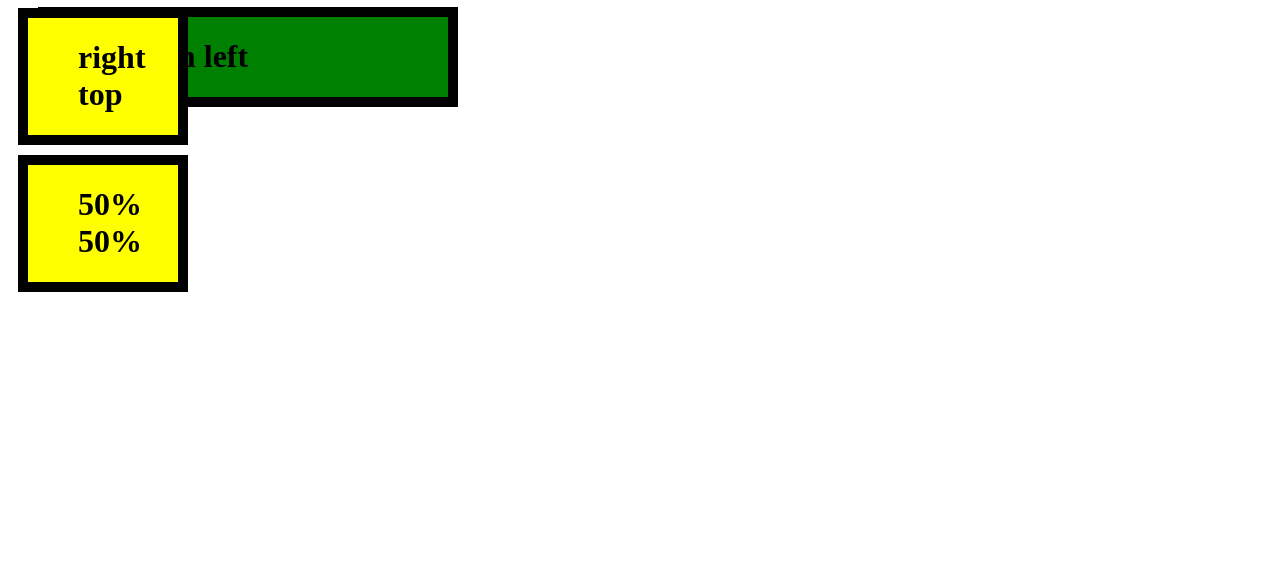
Repository: antonio63j/misNotas
Page: software/CSS/Demos/aptana_proyect/src/absoluto.html
These files come from the project's save history. The page is drawn as it stood at one moment and after the next save; the edit follows.
The browser window is 1280 px wide. The pictures show the whole page.

Above is the page before, as saved 2017-04-23 16:07:42.

After the next save:
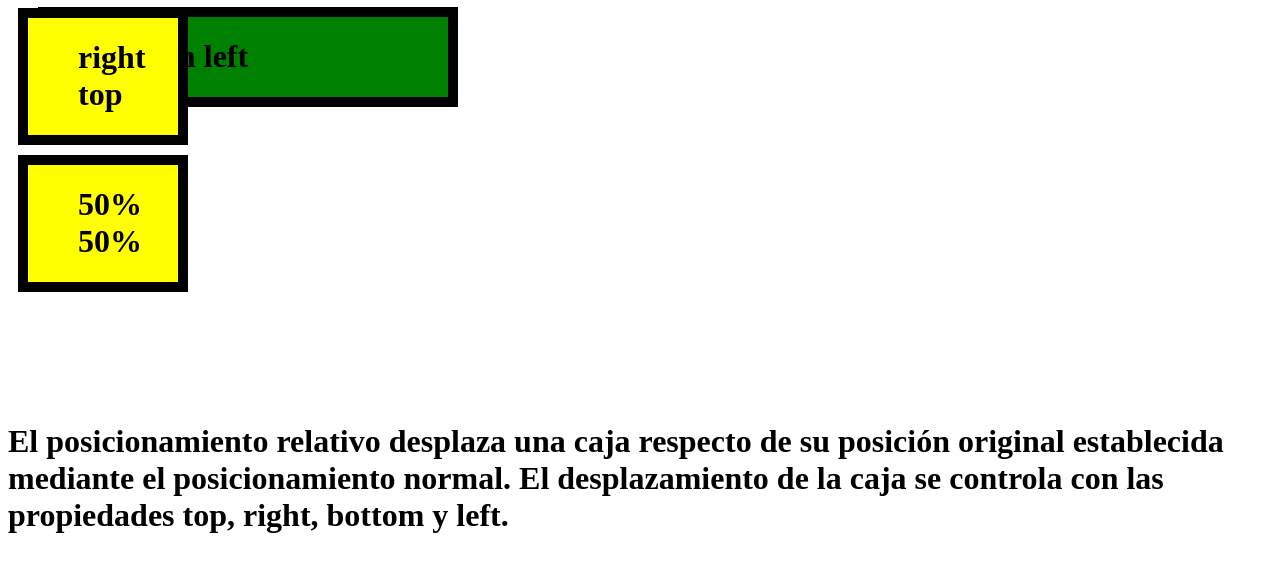
Saved 3 min 38 s later.
--- a/software/CSS/Demos/aptana_proyect/src/absoluto.html
+++ b/software/CSS/Demos/aptana_proyect/src/absoluto.html
@@ -70,5 +70,6 @@
 <div id="caja2"><h1>right top</h1></div>
 <div id="caja3"><h1>50% 50%</h1></div>
 
+<h1>El posicionamiento relativo desplaza una caja respecto de su posición original establecida mediante el posicionamiento normal. El desplazamiento de la caja se controla con las propiedades top, right, bottom y left.</h1>
 </body>
 </html>
